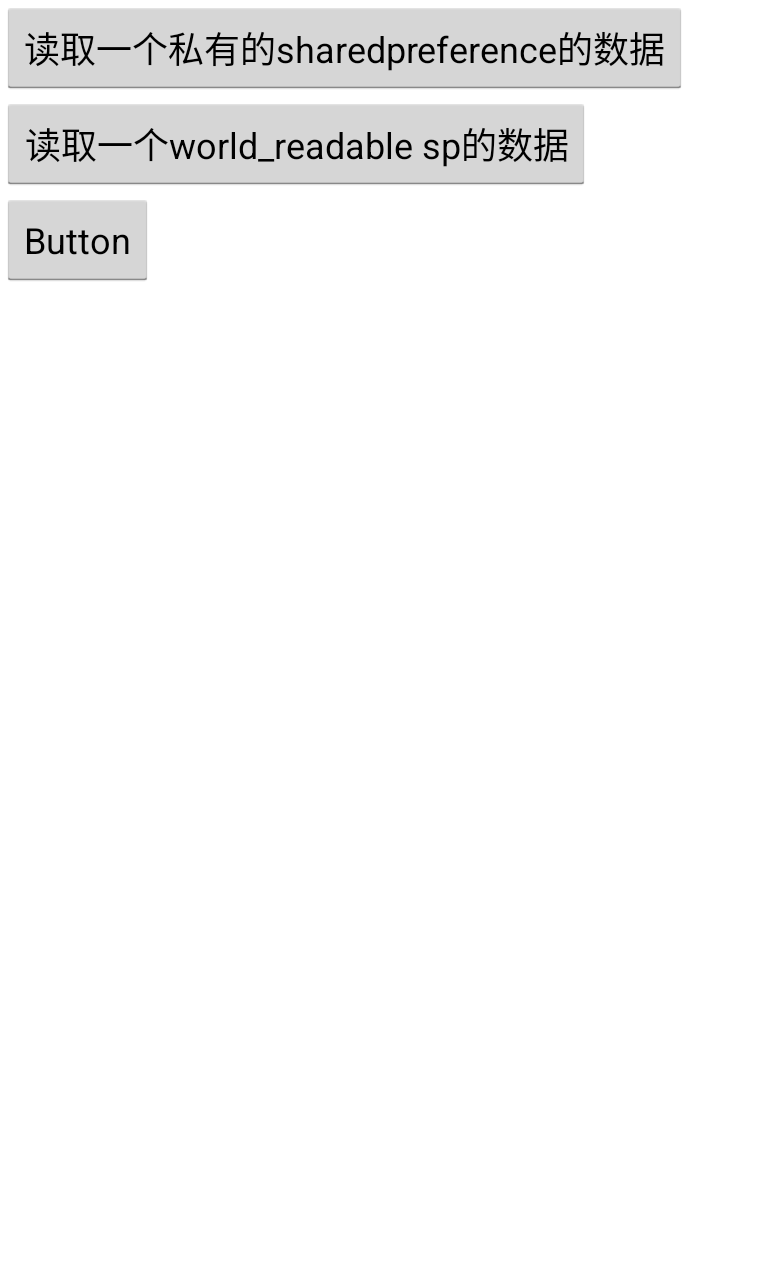
Repository: qq839924354/day01
Layout: day02/code/other/res/layout/activity_main.xml
These files come from the project's save history. The layout is drawn as it stood at one moment and after the next save; the edit follows.
It is drawn on a 768 x 1280 px phone screen (xhdpi) without system bars, with theme AppTheme; the app's code is not run.

Above is the layout before, as saved 2013-03-01 07:50:29.

After the next save:
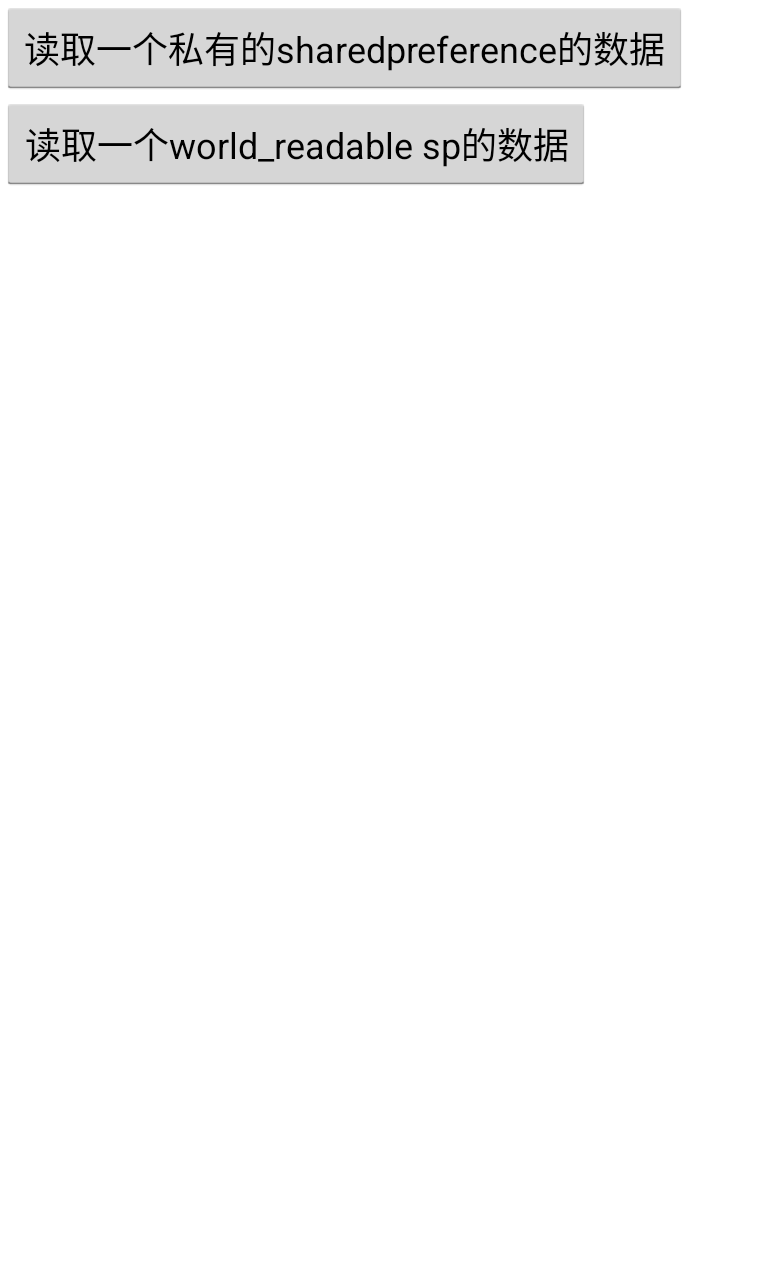
Saved 4 s later.
--- a/day02/code/other/res/layout/activity_main.xml
+++ b/day02/code/other/res/layout/activity_main.xml
@@ -17,10 +17,6 @@
         android:layout_height="wrap_content"
         android:text="读取一个world_readable sp的数据" />
 
-    <Button
-        android:id="@+id/button3"
-        android:layout_width="wrap_content"
-        android:layout_height="wrap_content"
-        android:text="Button" />
+
 
 </LinearLayout>
